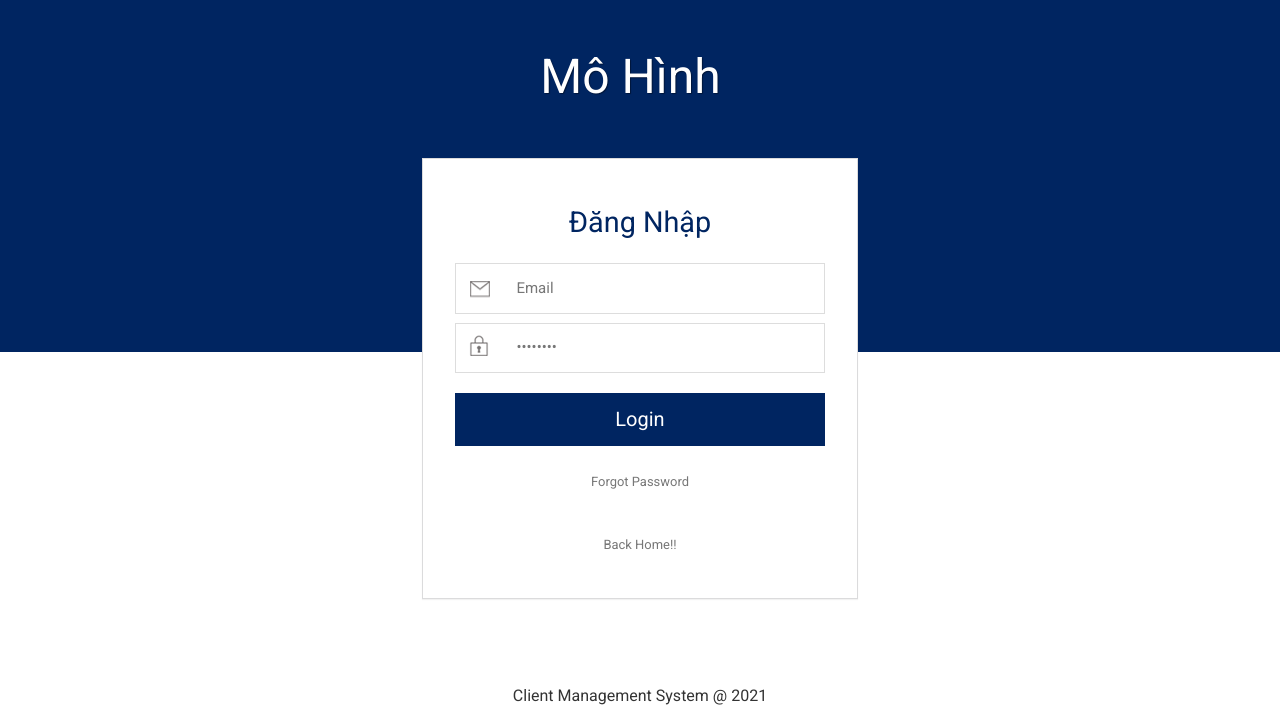
Repository: HuynhDuc23/PHPMNM
Page: http://localhost/Client-Management-System-using-PHP-MySQL (1)/Client Management System using PHP & MySQL/clientms/client/index.php
The author's editor kept a copy of each file at every save. The page is drawn from the files as they stood at one save, then again after the next save.
The browser window is 1280 px wide. The pictures show the whole page.
The page is run by PHP 8.4 with error messages shown; the project is at /var/www/html/.

Above is the page before, as saved 2023-05-17 01:04:48.

After the next save:
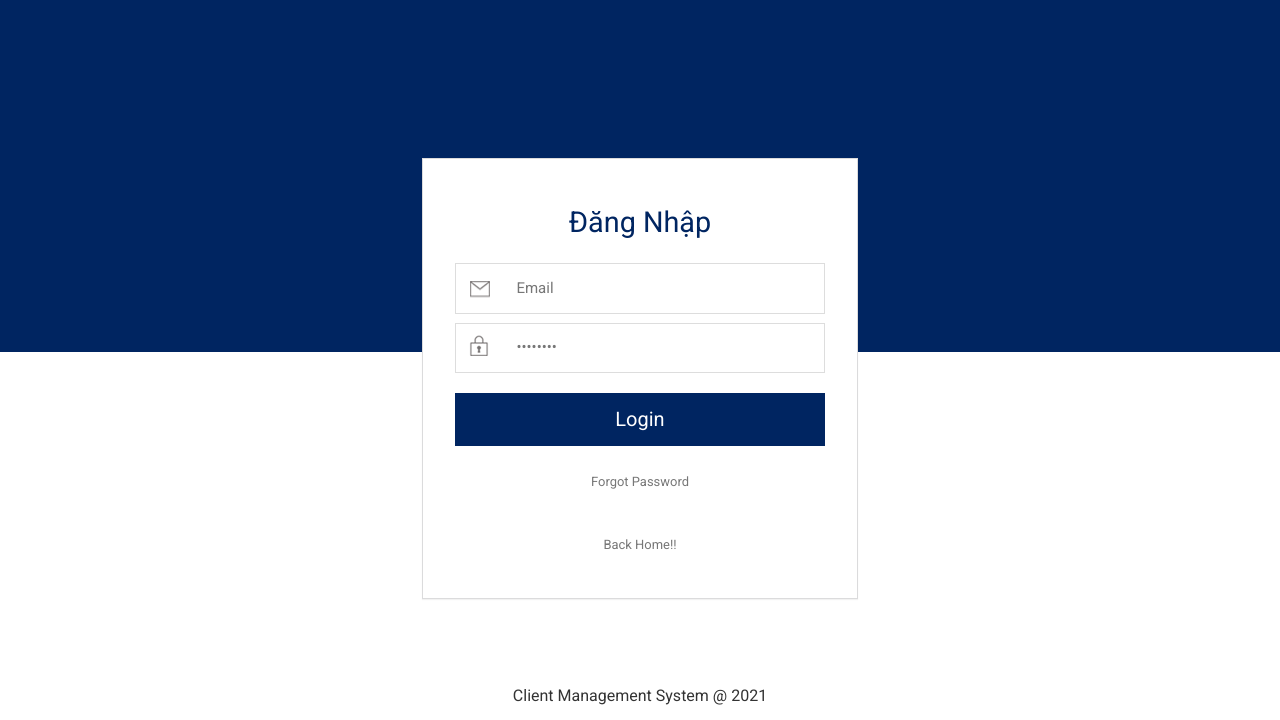
Saved 12 s later.
--- a/Client-Management-System-using-PHP-MySQL (1)/Client Management System using PHP & MySQL/clientms/client/index.php
+++ b/Client-Management-System-using-PHP-MySQL (1)/Client Management System using PHP & MySQL/clientms/client/index.php
@@ -50,7 +50,7 @@ echo "<script>alert('Invalid Details');</script>";
 	<div class="error_page">
 
 		<div class="error-top">
-			<h2 class="inner-tittle page"> Mô Hình </h2>
+			<h2 class="inner-tittle page"></h2>
 			<div class="login">
 
 				<div class="buttons login">
